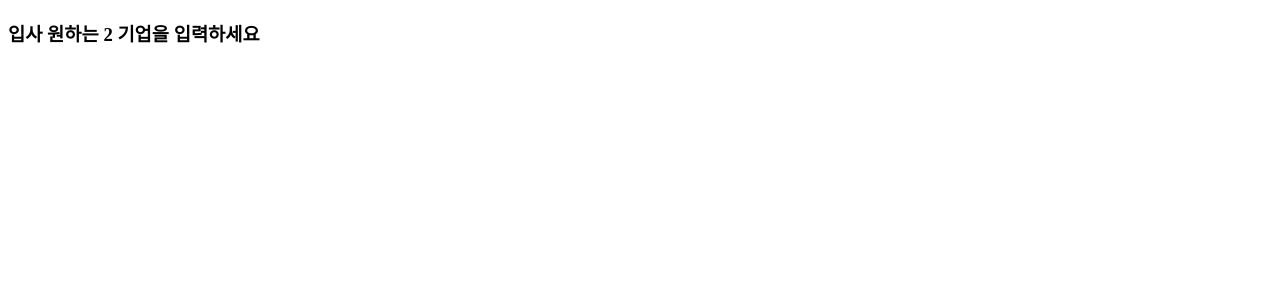
Repository: Hongjeongmin/university
Page: webprograming/test/test/WebContent/b.html
An editor plug-in stored every save of this project. The page is shown before and after the next save, followed by the edit.
The browser window is 1280 px wide. The pictures show the whole page.

Above is the page before, as saved 2018-09-13 05:35:28.

### webprograming/test/test/WebContent/b.html
<!DOCTYPE html>
<html>
<head>
<meta charset="UTF-8">
<title>대기업</title>
</head>
<body>
	<h3>입사 원하는 2 기업을 입력하세요</h3>
</body>
</html>

After the next save:
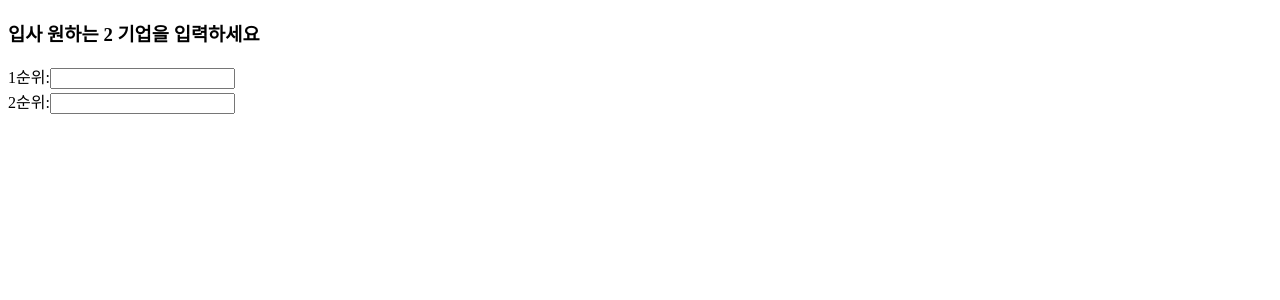
Saved 118 s later.
--- a/webprograming/test/test/WebContent/b.html
+++ b/webprograming/test/test/WebContent/b.html
@@ -5,6 +5,9 @@
 <title>대기업</title>
 </head>
 <body>
-	<h3>입사 원하는 2 기업을 입력하세요</h3>
+	<h3>입사 원하는 2 기업을 입력하세요</h3><p>
+
+	1순위:<input type="text" name="one"/><br>
+	2순위:<input type="text" name="two"/><br>
 </body>
 </html>
